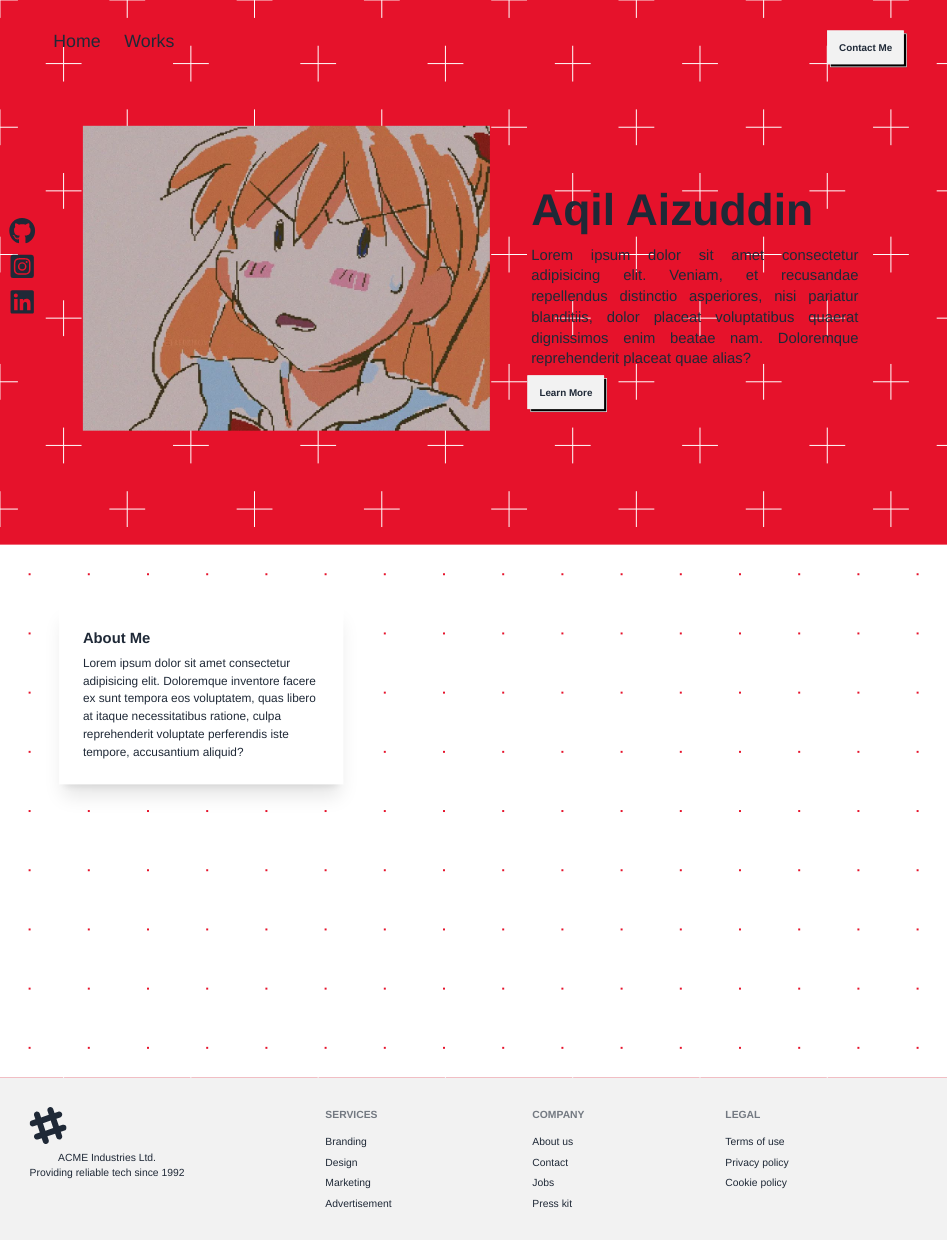
Repository: Ech026/echo-portfolio
Page: /echo-portfolio
These files come from the project's save history. The page is drawn as it stood at one moment and after a run of saves; the edit follows.
The browser window is 1280 px wide. The pictures show the whole page, at 74% of full size.
The project was rebuilt for these pictures with package versions that can differ from the ones it lists, and the page was loaded fresh each time. Also part of the build but not shown: vite.config.js, src/components/hero.jsx.

Above is the page before, as saved 2024-05-14 14:31:32.

After the next 2 saves:
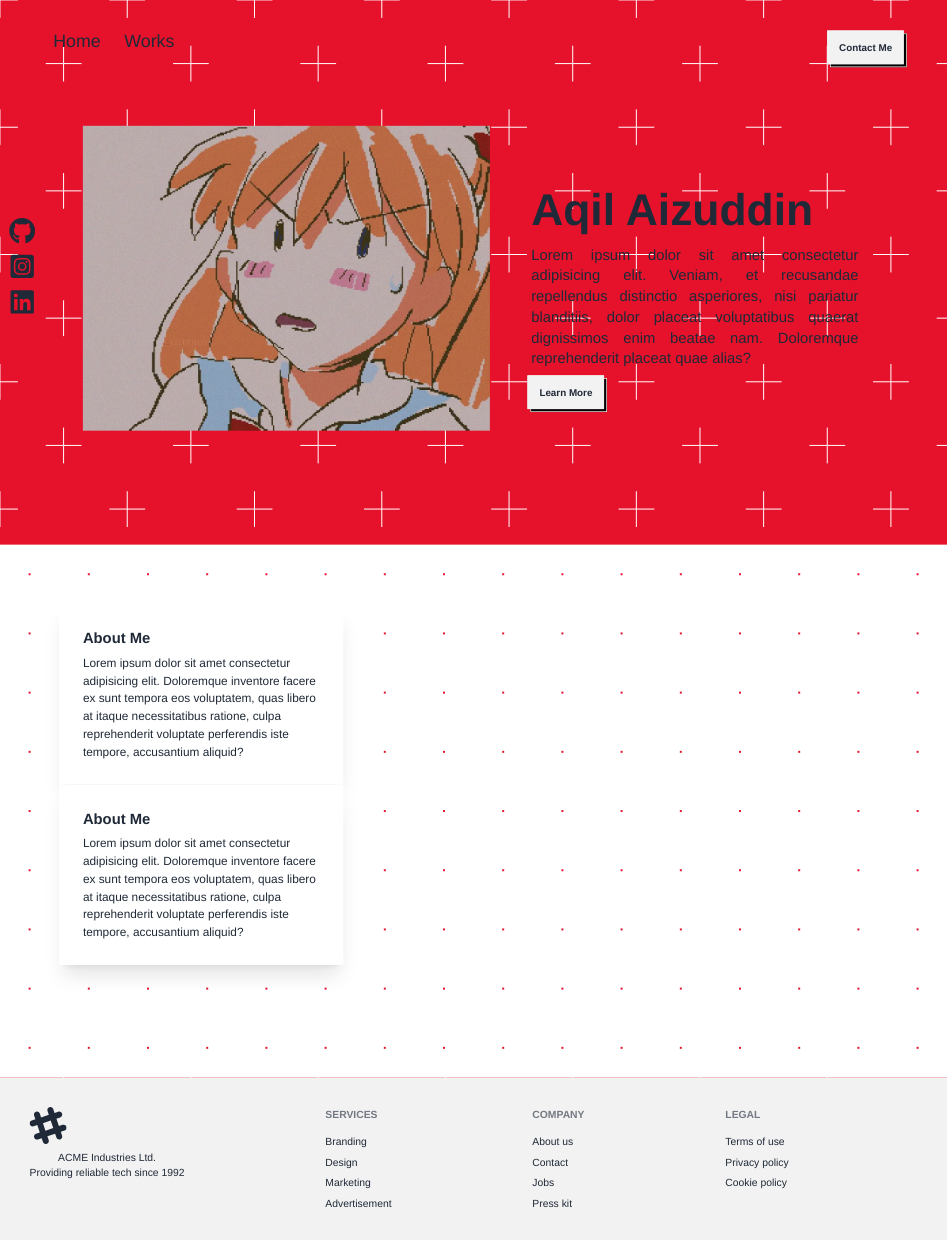
The 2 saves are shown as one change because 1 did not build or start.
The last was saved 115 s later.
--- a/src/components/main.jsx
+++ b/src/components/main.jsx
@@ -35,14 +35,22 @@
           </div>
         </div>
         <div className='md:min-h-screen bg-2 p-20'>
-        <div className=" card w-96 bg-white shadow-xl rounded-none">
-          <div className="card-body">
+          <div className=" card w-96 bg-white shadow-xl rounded-none">
+            <div className="card-body">
+              <h2 className="card-title">About Me</h2>
+              <p className='text-left'>Lorem ipsum dolor sit amet consectetur adipisicing elit. Doloremque inventore facere ex sunt tempora eos voluptatem, quas libero at itaque necessitatibus ratione, culpa reprehenderit voluptate perferendis iste tempore, accusantium aliquid?</p>
+
+            </div>
+          </div>
+          <div className=" card w-96 bg-white shadow-xl rounded-none">
+            <div className="card-body">
               <h2 className="card-title">About Me</h2>
               <p className='text-left'>Lorem ipsum dolor sit amet consectetur adipisicing elit. Doloremque inventore facere ex sunt tempora eos voluptatem, quas libero at itaque necessitatibus ratione, culpa reprehenderit voluptate perferendis iste tempore, accusantium aliquid?</p>
 
             </div>
           </div>
         </div>
+
 
 
 
